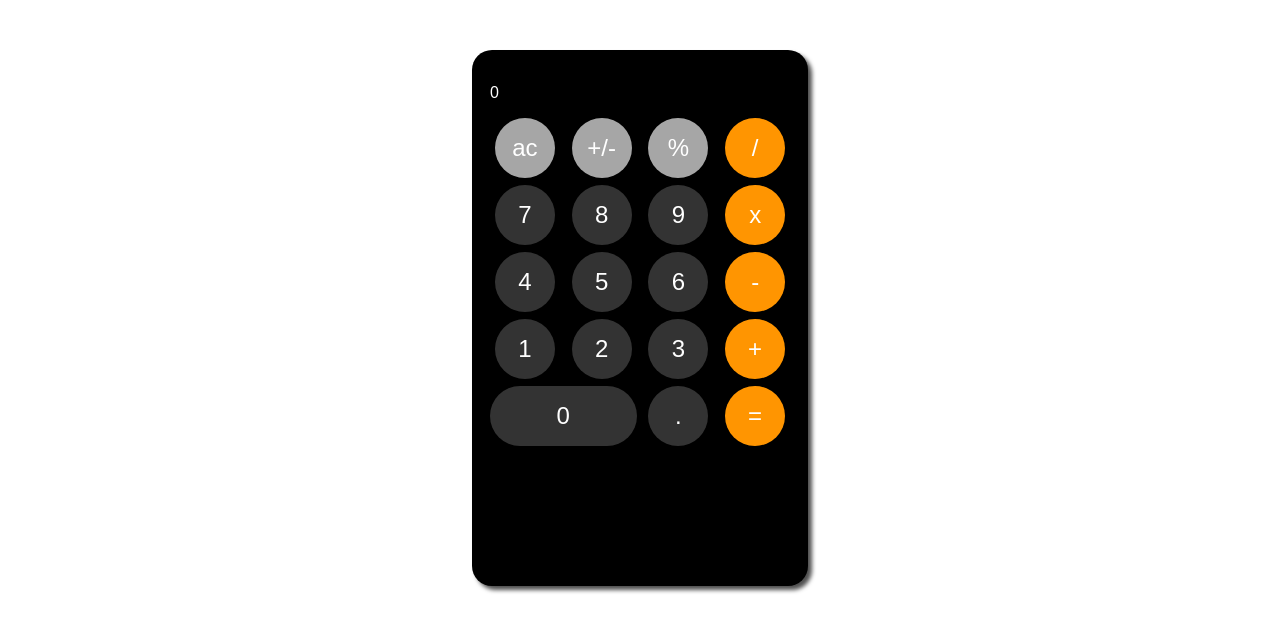
Repository: batonAnton/iphoneCalculator
Page: index.html
The author's editor kept a copy of each file at every save. The page is drawn from the files as they stood at one save, then again after the next save.
The browser window is 1280 px wide. The pictures show the whole page.

Above is the page before, as saved 2022-03-09 19:54:31.

After the next save:
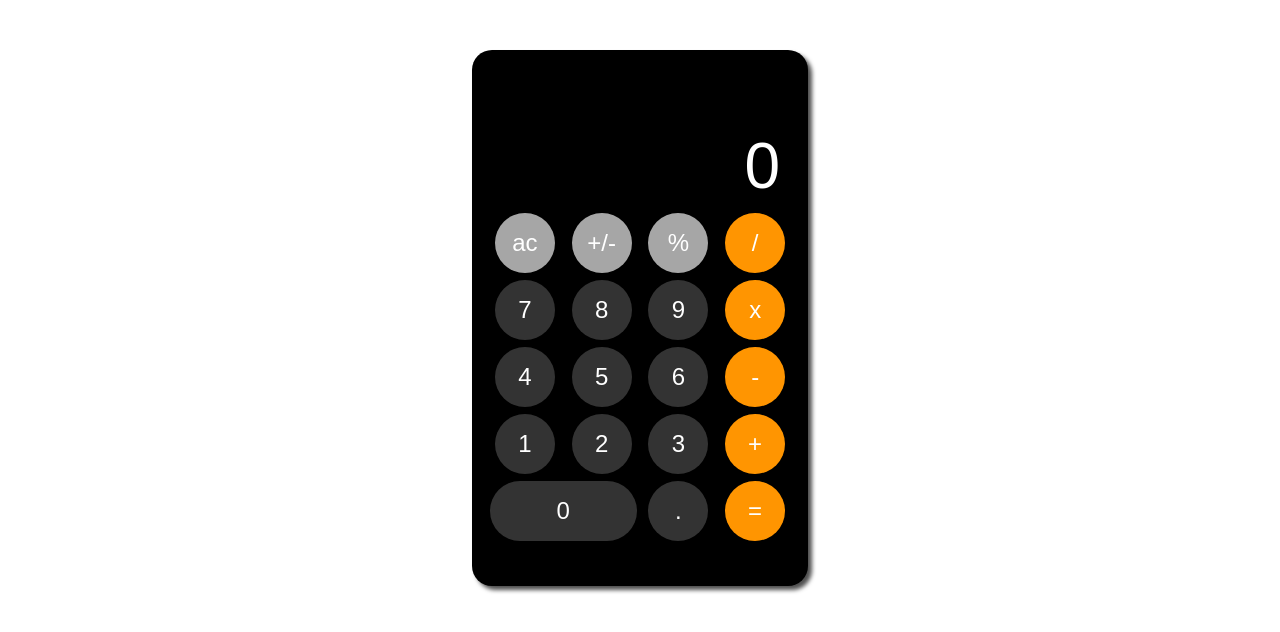
Saved 3 min 58 s later.
--- a/style.css
+++ b/style.css
@@ -19,15 +19,17 @@ white #fdfdfd
   box-shadow: 4px 4px 4px #4f4f4f;
 }
 
-calc-screen{
-    height: 125px;
-    padding: 10px;
-    display: grid;
-    justify-items: end;
-    align-items: end;
+.calc-screen {
+  height: 125px;
+  padding: 10px;
+  display: grid;
+  justify-items: end;
+  align-items: end;
 }
-.calc-screen p{
-
+.calc-screen p {
+  text-align: right;
+  font-size: 4rem;
+  margin: 0px;
 }
 .buttons {
   display: grid;
@@ -58,7 +60,7 @@ calc-screen{
 }
 
 .btn:hover {
-  filter: brightness(120%);
+  filter: brightness(150%);
 }
 
 .btn:active {
